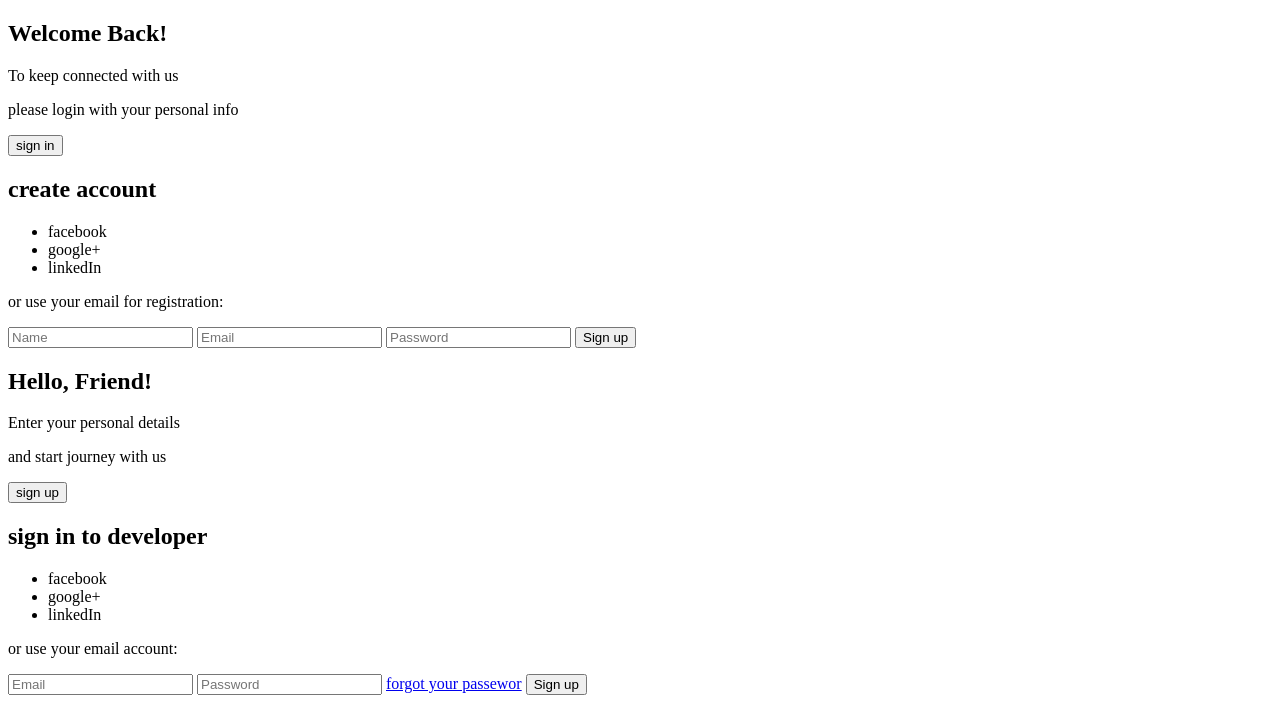
Repository: Gcodeco/ii9Telecom
Page: dist/public/login.html
An editor plug-in stored every save of this project. The page is shown before and after the next save, followed by the edit.
The browser window is 1280 px wide. The pictures show the whole page.

Above is the page before, as saved 2024-10-29 21:35:49.

### dist/public/login.html
<!DOCTYPE html>
<html lang="en">
<head>
    <meta charset="UTF-8">
    <meta name="viewport" content="width=device-width, initial-scale=1.0">
    <title>Document</title>
    <link rel="stylesheet" href="css/style.css">
</head>
<body>
    <div class="container-login">
        <div class="content first content">
            <div class="first column">
                <h2 class="title">Welcome Back!</h2>
                <p class="description">To keep connected with us</p>
                <p class="description">please login with your personal info</p>
                <button class="btn">sign in</button>
            </div>
            <div class="second column">
                <h2 class="title">create account</h2>
                <div class="social-media">
                <ul>
                    <li class="li"><a href="#"></a>facebook</li>
                    <li class="li"><a href="#"></a>google+</li>
                    <li class="li"><a href="#"></a>linkedIn</li>
                </ul>
                </div>
                <p class="description">or use your email for registration: </p>
                <form class="form">
                    <input type="text" placeholder="Name">
                    <input type="text" placeholder="Email">
                    <input type="text" placeholder="Password">
                    <button class="btn">Sign up</button>
                </form>
            </div>
        </div>
        <div class="content second content">
            <div class="content first content">
                <div class="first column">
                    <h2 class="title">Hello, Friend!</h2>
                    <p class="description">Enter your personal details</p>
                    <p class="description">and start journey with us</p>
                    <button class="btn">sign up</button>
                </div>
                <div class="second column">
                    <h2 class="title">sign in to developer</h2>
                    <div class="social-media">
                    <ul>
                        <li class="li"><a href="#"></a>facebook</li>
                        <li class="li"><a href="#"></a>google+</li>
                        <li class="li"><a href="#"></a>linkedIn</li>
                    </ul>
                    </div>
                    <p class="description">or use your email account: </p>
                    <form class="form">
                        <input type="text" placeholder="Email">
                        <input type="text" placeholder="Password">
                        <a href="#">forgot your passewor</a>
                        <button class="btn">Sign up</button>
                    </form>
                </div>
        </div>
    </div>
</body>
</html>

### dist/public/css/style.css
.container{
    display: flex;
    border: 2px solid red;
    justify-content: center;
}

After the next save:
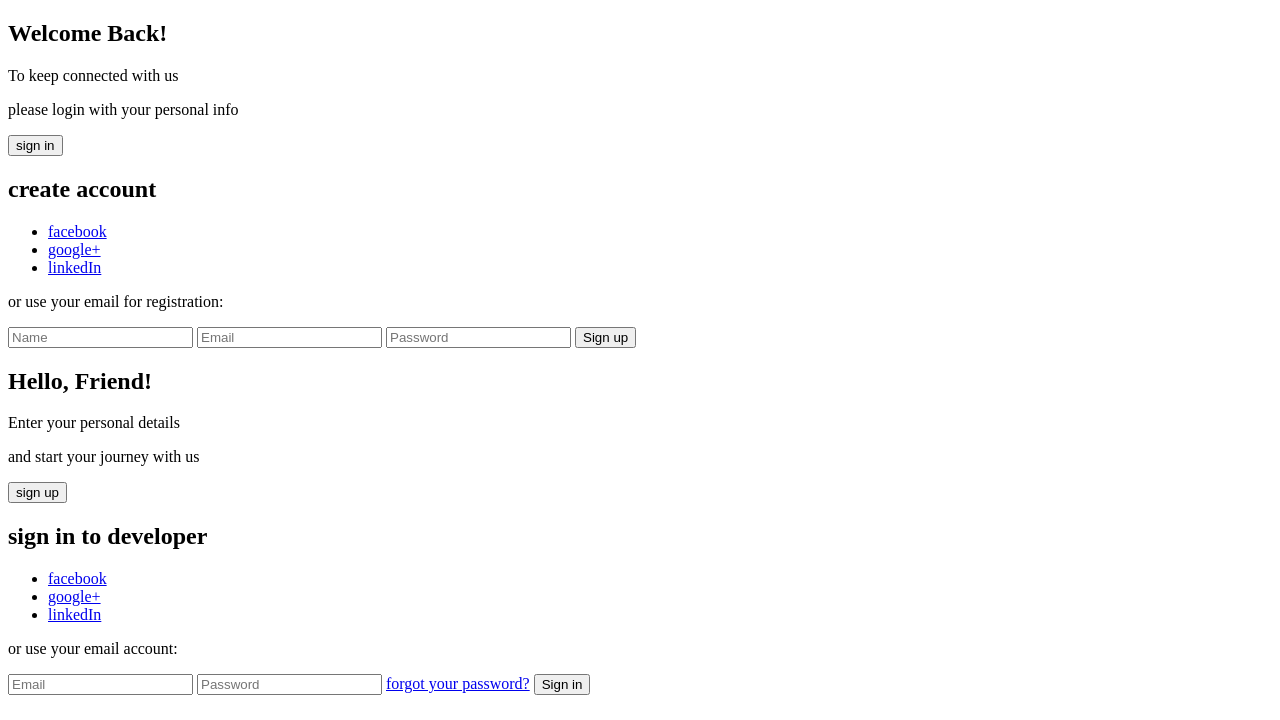
Saved 5 min 22 s later.
--- a/dist/public/login.html
+++ b/dist/public/login.html
@@ -4,7 +4,7 @@
     <meta charset="UTF-8">
     <meta name="viewport" content="width=device-width, initial-scale=1.0">
     <title>Document</title>
-    <link rel="stylesheet" href="css/style.css">
+    <link rel="stylesheet" href="/css/style.css">
 </head>
 <body>
     <div class="container-login">
@@ -18,13 +18,13 @@
             <div class="second column">
                 <h2 class="title">create account</h2>
                 <div class="social-media">
-                <ul>
-                    <li class="li"><a href="#"></a>facebook</li>
-                    <li class="li"><a href="#"></a>google+</li>
-                    <li class="li"><a href="#"></a>linkedIn</li>
-                </ul>
+                    <ul>
+                        <li class="li"><a href="#">facebook</a></li>
+                        <li class="li"><a href="#">google+</a></li>
+                        <li class="li"><a href="#">linkedIn</a></li>
+                    </ul>
                 </div>
-                <p class="description">or use your email for registration: </p>
+                <p class="description">or use your email for registration:</p>
                 <form class="form">
                     <input type="text" placeholder="Name">
                     <input type="text" placeholder="Email">
@@ -38,26 +38,27 @@
                 <div class="first column">
                     <h2 class="title">Hello, Friend!</h2>
                     <p class="description">Enter your personal details</p>
-                    <p class="description">and start journey with us</p>
+                    <p class="description">and start your journey with us</p>
                     <button class="btn">sign up</button>
                 </div>
                 <div class="second column">
                     <h2 class="title">sign in to developer</h2>
                     <div class="social-media">
-                    <ul>
-                        <li class="li"><a href="#"></a>facebook</li>
-                        <li class="li"><a href="#"></a>google+</li>
-                        <li class="li"><a href="#"></a>linkedIn</li>
-                    </ul>
+                        <ul>
+                            <li class="li"><a href="#">facebook</a></li>
+                            <li class="li"><a href="#">google+</a></li>
+                            <li class="li"><a href="#">linkedIn</a></li>
+                        </ul>
                     </div>
-                    <p class="description">or use your email account: </p>
+                    <p class="description">or use your email account:</p>
                     <form class="form">
                         <input type="text" placeholder="Email">
                         <input type="text" placeholder="Password">
-                        <a href="#">forgot your passewor</a>
-                        <button class="btn">Sign up</button>
+                        <a href="#">forgot your password?</a>
+                        <button class="btn">Sign in</button>
                     </form>
                 </div>
+            </div>
         </div>
     </div>
 </body>
